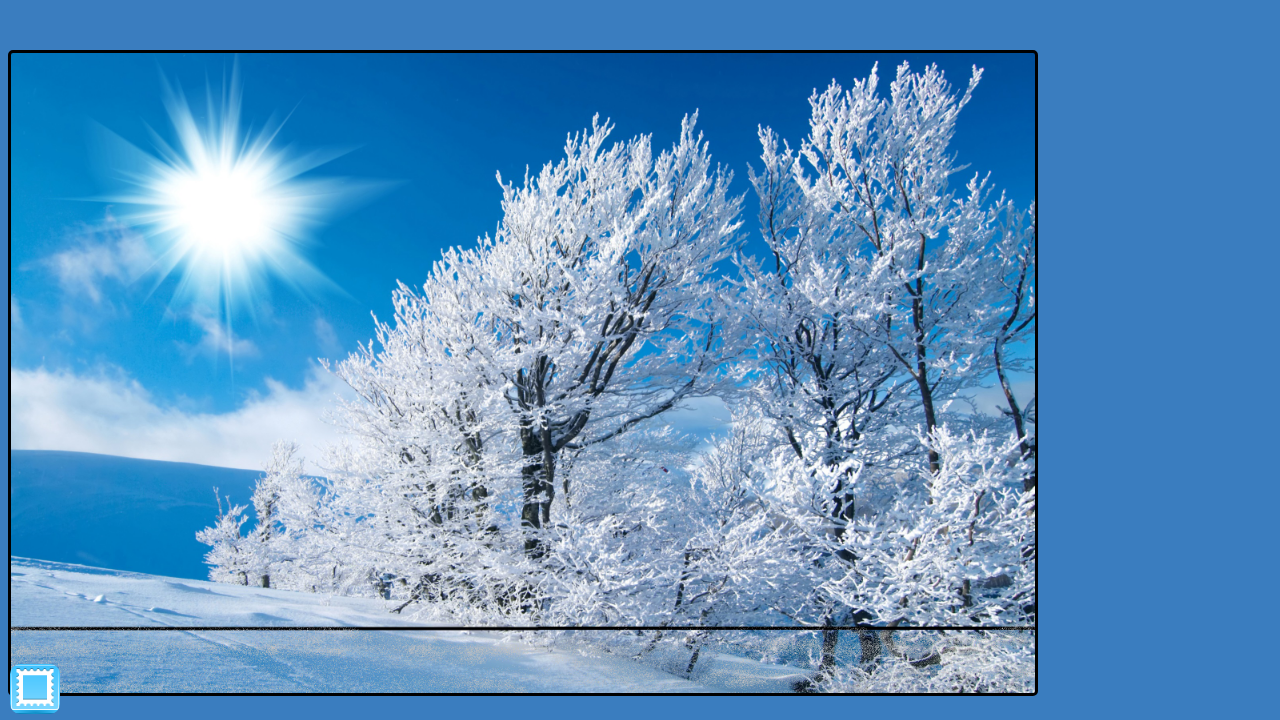
Repository: la222tc/la222tc-1dv403-Laborationer
Page: 5-pwd/index.html
The author's editor kept a record of every edit. The page is drawn from the files as they stood at one moment, then again after the next edit.
The browser window is 1280 px wide. The pictures show the whole page.

Above is the page before.
Console error: TypeError: Cannot read properties of null (reading 'addEventListener')

After the next edit:
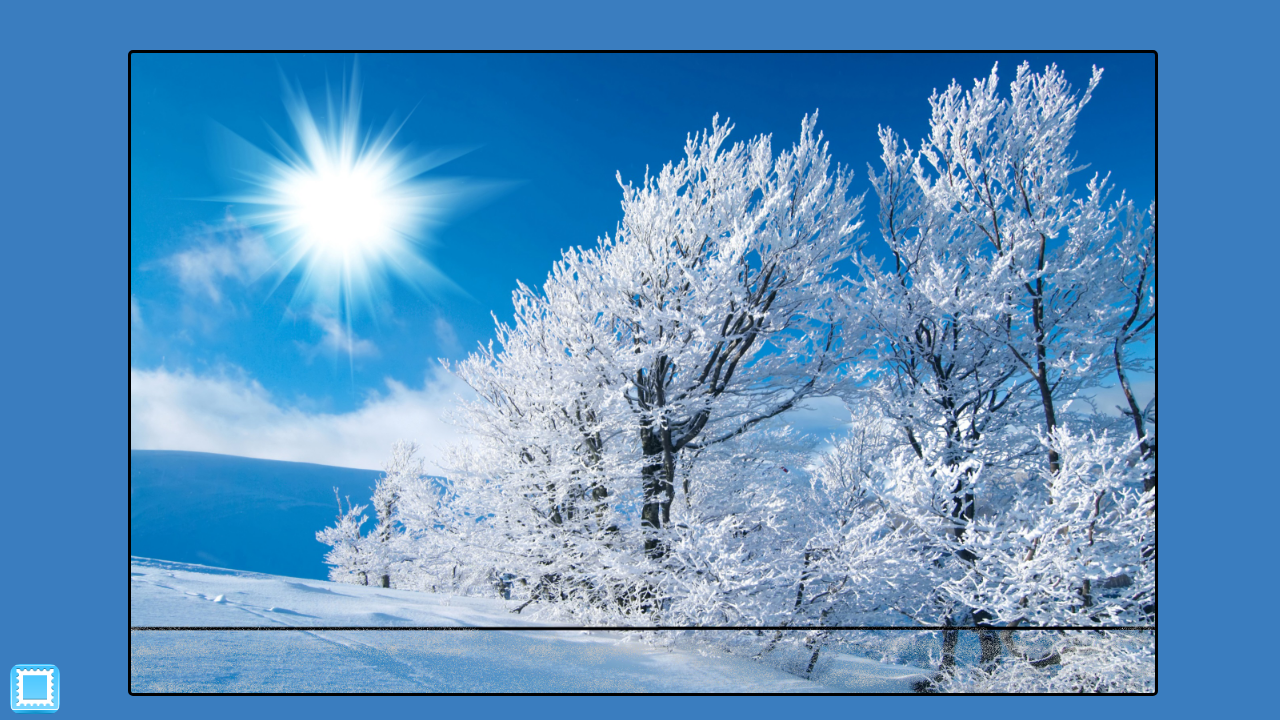
The edit:
--- a/5-pwd/index.html
+++ b/5-pwd/index.html
@@ -6,7 +6,7 @@
  	<link rel="stylesheet" href="css/style.css" type="text/css" />
 </head>
     <body>
-        <div>
+        <div id="content">
             <div id="window">
 
             </div>
